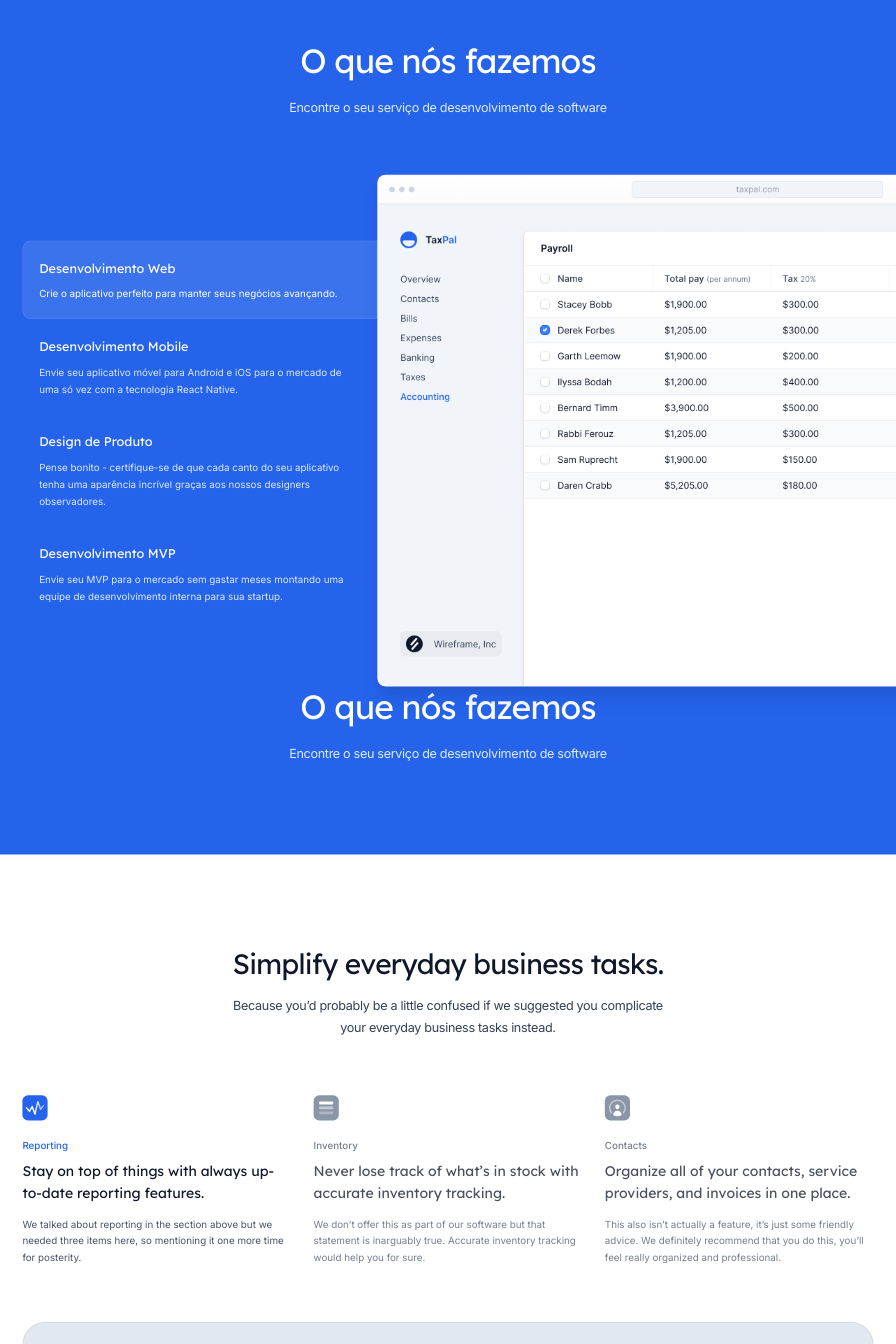
Repository: LuisSempre/imaginative
Page: /
These files come from the project's save history. The page is drawn as it stood at one moment and after the next save; the edit follows.
The browser window is 1280 px wide. The pictures show the part of the page from y = 1954 to 3874 px (the page is 10030 px tall before and 9475 px after), at 70% of full size.
The project was rebuilt for these pictures with package versions that can differ from the ones it lists, and the page was loaded fresh each time. The framework's server and built-in components were replaced by stand-ins that run in the browser. Also part of the build but not shown: next.config.js.

Above is the page before, as saved 2022-07-15 10:44:04.

After the next save:
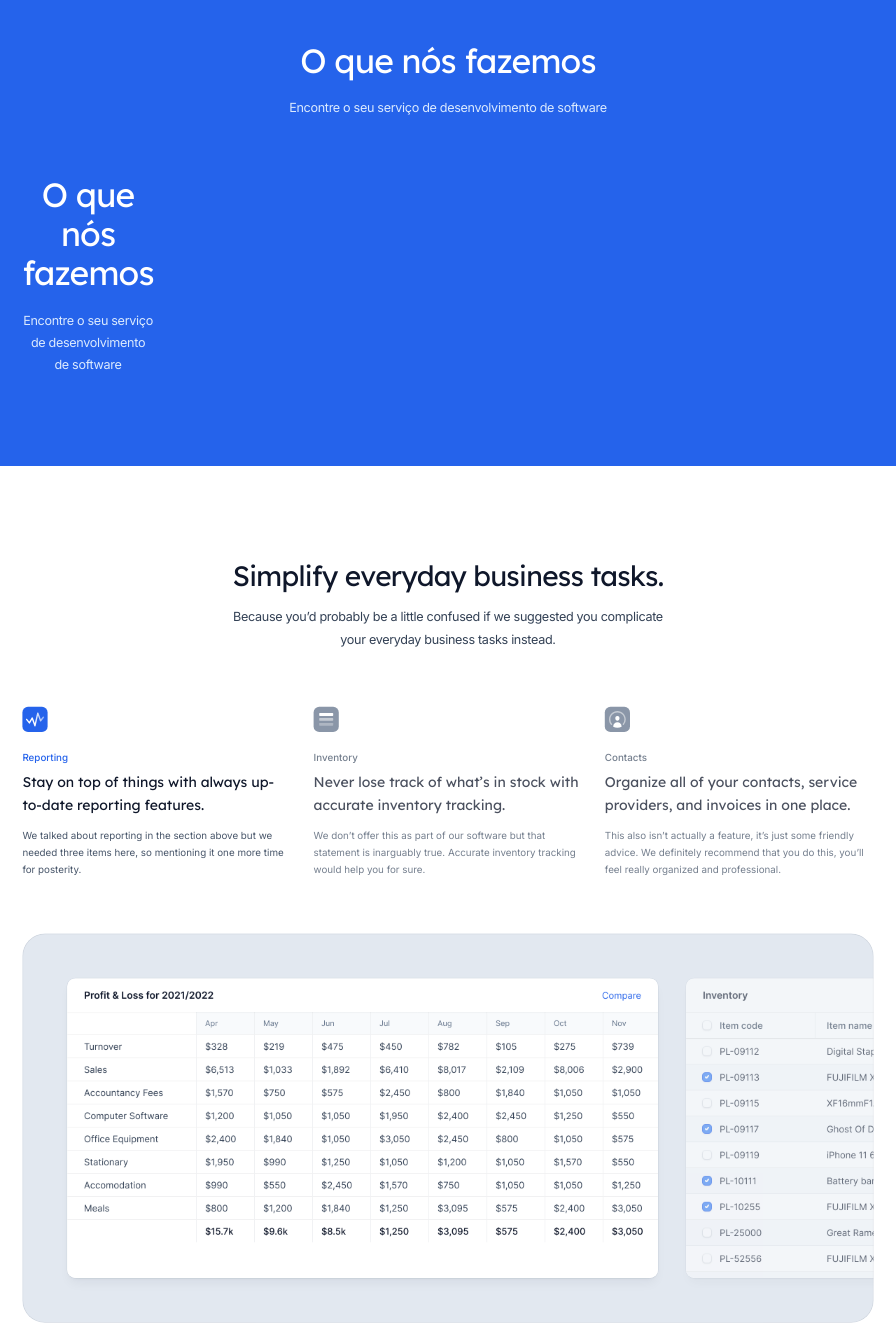
Saved 20 s later.
--- a/src/components/PrimaryFeatures.jsx
+++ b/src/components/PrimaryFeatures.jsx
@@ -148,9 +148,7 @@
 
             </>
           )}
-        </Tab.Group>
-      </Container>
-      <div className="max-w-2xl md:mx-auto md:text-center xl:max-w-none">
+                <div className="max-w-2xl md:mx-auto md:text-center xl:max-w-none">
                 <h2 className="text-3xl tracking-tight text-white font-display sm:text-4xl md:text-5xl">
                   O que nós fazemos
                 </h2>
@@ -158,6 +156,9 @@
                   Encontre o seu serviço de desenvolvimento de software
                 </p>
               </div>
+        </Tab.Group>
+      </Container>
+
     </section>
   )
 }
